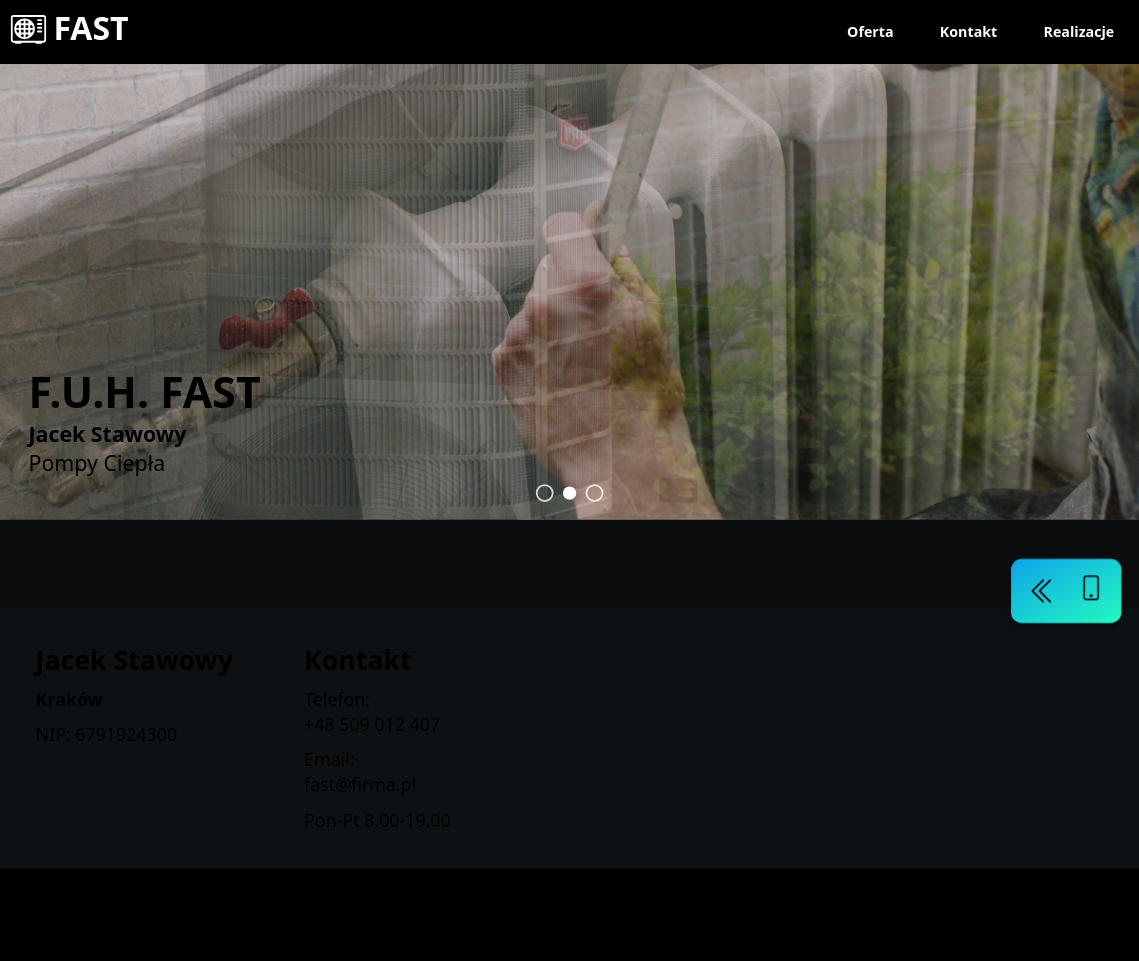
Repository: piotrokrutniak/Fast-CompanyWebsite
Page: /carousel
These files come from the project's save history. The page is drawn as it stood at one moment and after the next save; the edit follows.
The browser window is 1280 px wide. The pictures show the whole page, at 89% of full size.
The project was rebuilt for these pictures with package versions that can differ from the ones it lists, and the page was loaded fresh each time. The framework's server and built-in components were replaced by stand-ins that run in the browser. Also part of the build but not shown: next.config.js.

Above is the page before, as saved 2023-10-21 12:00:29.

After the next save:
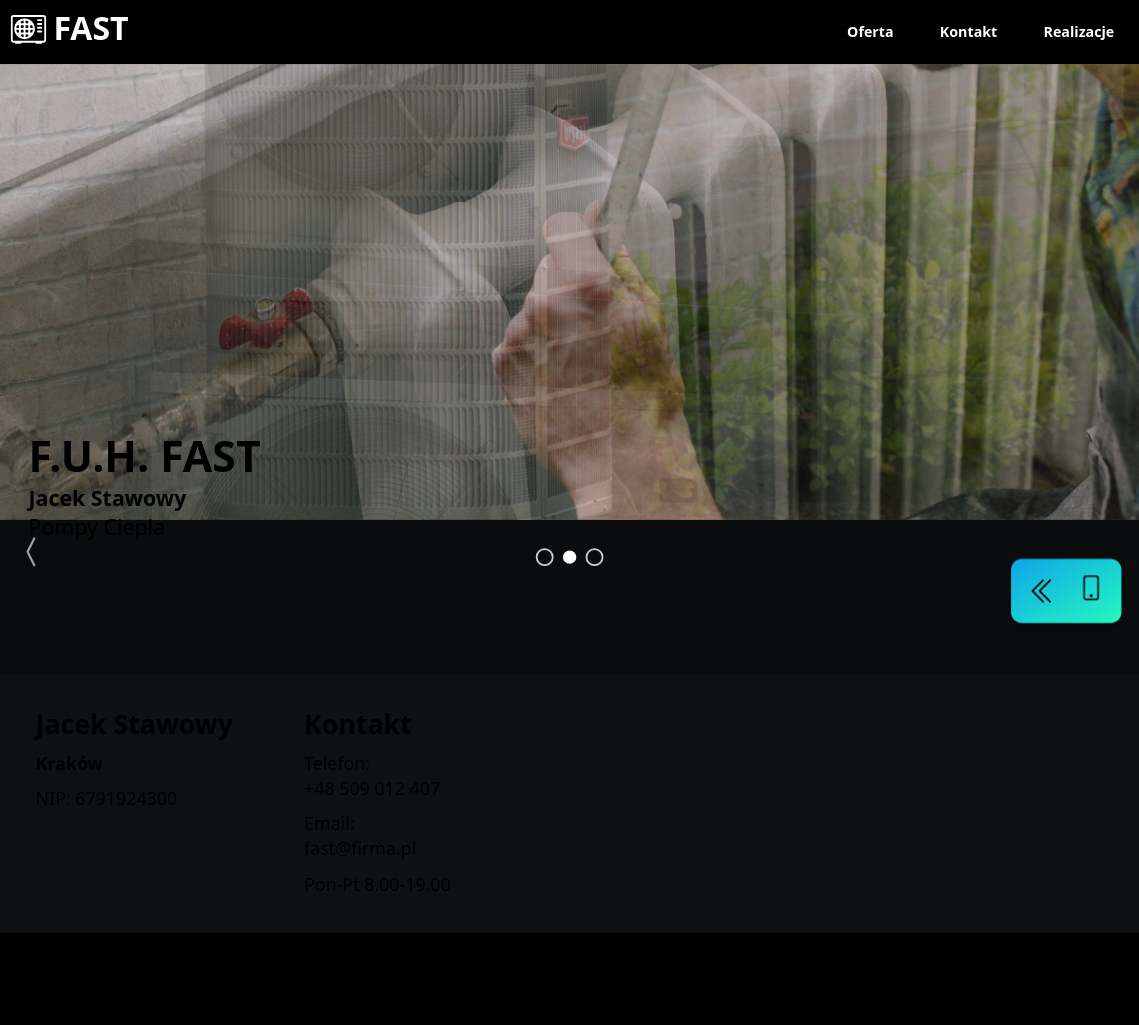
Saved 18 s later.
--- a/src/app/(pages)/carousel/page.js
+++ b/src/app/(pages)/carousel/page.js
@@ -69,7 +69,7 @@ export default function CarouselPage(){
         <div className={`relative w-full max-w-7xl h-128 flex overflow-visible gap-4 -translate-x-[${activeIndex * 100}%] transition-all`}>
             {slides.map((image, index) => <CarouselPanel image={image.img} key={index} index={index} />)}
         </div>
-        <div className='flex -top-30 w-full justify-between absolute p-2'>
+        <div className='flex -top-30 w-full justify-between relative p-2'>
                 <div className='bg-black/10 p-2 rounded-2xl block hover:bg-black/20 active:scale-95'> {/*sm:hidden group-hover:*/}
                     <BsChevronCompactLeft color='white' className='w-10 z-10 h-10 cursor-pointer opacity-60 hover:opacity-100
                         transition-all active:scale-95' onClick={() => PrevSlide()}/>
